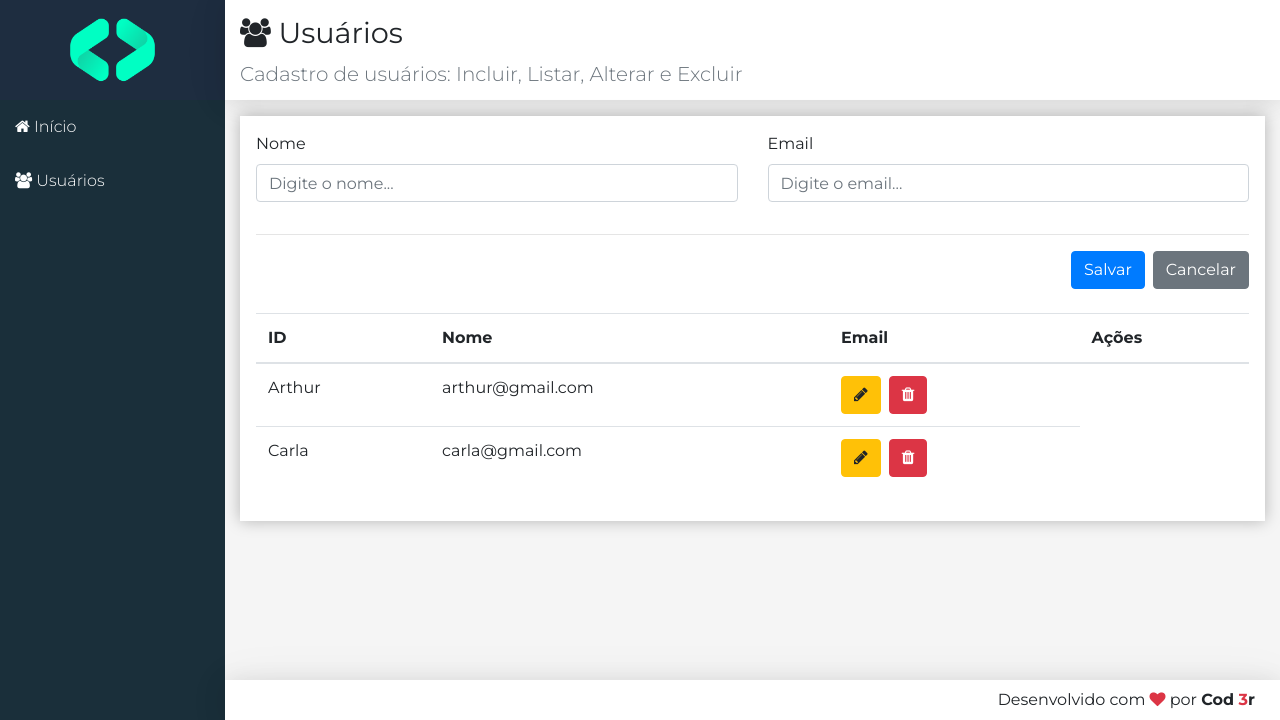
Repository: eversonps/projeto-cadastro-usuarios-firebase
Page: /users (app in frontend/)
These files come from the project's save history. The page is drawn as it stood at one moment and after the next save; the edit follows.
The browser window is 1280 px wide. The pictures show the whole page.
The project was rebuilt for these pictures with package versions that can differ from the ones it lists, and the page was loaded fresh each time. Requests to the local data server were answered from the project's data file. Also part of the build but not shown: frontend/src/components/home/home.jsx.

Above is the page before, as saved 2022-03-22 15:16:21.

### frontend/public/index.html
<!DOCTYPE html>
<html lang="en">
  <head>
    <meta charset="utf-8" />
    <link rel="icon" href="%PUBLIC_URL%/favicon.ico" />
    <link rel="preconnect" href="https://fonts.googleapis.com">
    <link rel="preconnect" href="https://fonts.gstatic.com" crossorigin>
    <link href="https://fonts.googleapis.com/css2?family=Montserrat:wght@300;400;700&display=swap" rel="stylesheet">
    <meta name="viewport" content="width=device-width, initial-scale=1" />
    <meta name="theme-color" content="#000000" />
    <meta
      name="description"
      content="Web site created using create-react-app"
    />
    <link rel="apple-touch-icon" href="%PUBLIC_URL%/logo192.png" />
    <!--
      manifest.json provides metadata used when your web app is installed on a
      user's mobile device or desktop. See https://developers.google.com/web/fundamentals/web-app-manifest/
    -->
    <link rel="manifest" href="%PUBLIC_URL%/manifest.json" />
    <!--
      Notice the use of %PUBLIC_URL% in the tags above.
      It will be replaced with the URL of the `public` folder during the build.
      Only files inside the `public` folder can be referenced from the HTML.

      Unlike "/favicon.ico" or "favicon.ico", "%PUBLIC_URL%/favicon.ico" will
      work correctly both with client-side routing and a non-root public URL.
      Learn how to configure a non-root public URL by running `npm run build`.
    -->
    <title>React App</title>
  </head>
  <body>
    <noscript>You need to enable JavaScript to run this app.</noscript>
    <div id="root"></div>
    <!--
      This HTML file is a template.
      If you open it directly in the browser, you will see an empty page.

      You can add webfonts, meta tags, or analytics to this file.
      The build step will place the bundled scripts into the <body> tag.

      To begin the development, run `npm start` or `yarn start`.
      To create a production bundle, use `npm run build` or `yarn build`.
    -->
  </body>
</html>

### frontend/src/index.js
import React from 'react';
import ReactDOM from 'react-dom';
import './index.css';
import App from './main/app';
import reportWebVitals from './reportWebVitals';

ReactDOM.render(
  <React.StrictMode>
    <App />
  </React.StrictMode>,
  document.getElementById('root')
);

// If you want to start measuring performance in your app, pass a function
// to log results (for example: reportWebVitals(console.log))
// or send to an analytics endpoint. Learn more: https://bit.ly/CRA-vitals
reportWebVitals();

### frontend/src/main/app.jsx
import "./app.css"
import "bootstrap/dist/css/bootstrap.min.css"
import "font-awesome/css/font-awesome.min.css"

import React from "react"

import Logo from "../components/template/logo"
import Nav from "../components/template/nav"
import Footer from "../components/template/footer"
import Routes from "./routes"

import {BrowserRouter as Router} from "react-router-dom"

export default props => {
    return (
        <div className="app">
            <Router>
                <Logo></Logo>
                <Nav></Nav>
                <Routes></Routes>
                <Footer></Footer>
            </Router>
        </div>
    )
}

### frontend/src/main/app.css
:root{
    --bg-dark: #1A2F3A;
    --logo-height: 100px;
    --header-height: 100px;
    --aside-width: 225px;
    --footer-height: 40px;

    --shadow: 0 2px 23px 0 rgba(0, 0, 0, 0.1), 0 2px 49px 0 rgba(0, 0, 0, 0.06);
}

* {
    box-sizing: border-box;
    font-family: 'Montserrat', sans-serif;
}

.app{
    margin: 0px;
    display: grid;
    grid-template-columns: var(--aside-width) 1fr;
    grid-template-rows: var(--header-height) 1fr var(--footer-height);
    grid-template-areas:
        "logo header"
        "menu content"
        "menu footer";
    height: 100vh;
    background-color: #F5F5F5;
}

aside.logo{
    grid-area: logo;
}

header.header{
    grid-area: header;
}

aside.menu-area{
    grid-area: menu;
}

main.content{
    grid-area: content;
}

footer.footer{
    grid-area: footer;
}

### frontend/src/components/template/logo.jsx
import React from "react"
import "./logo.css"
import logo from "../../assets/images/logo.png"

import { Link } from "react-router-dom"
export default props => (
    <aside className="logo">
        <Link to="/" className="logo">
            <img src={logo} alt="logo" />
        </Link>
    </aside>
)

### frontend/src/components/template/nav.jsx
import React from "react"
import "./nav.css"

import {Link} from "react-router-dom"

export default props => {
    return (
        <aside className="menu-area">
            <nav className="menu">
                <Link to="/">
                    <i className="fa fa-home"></i> Início
                </Link>
                <Link to="/users">
                    <i className="fa fa-users"></i> Usuários
                </Link>
            </nav>
        </aside>
    )
}

### frontend/src/components/template/footer.jsx
import React from "react";
import "./footer.css"

export default props => (
    <footer className="footer">
        <span>
            Desenvolvido com <i className="fa fa-heart text-danger"></i> por <strong>Cod <span className="text-danger">3</span>r</strong>
        </span>
    </footer>
)

### frontend/src/main/routes.jsx
import React from "react";
import {Routes, Route} from "react-router-dom"

import Home from "../components/home/home"
import UserCrud from "../components/user/userCrud"

export default props => (
    <Routes>
        <Route path="/" element={<Home />}/>
        <Route path="/users" element={<UserCrud />}/>
        <Route path="*" element={<Home />}/>
    </Routes>
)

### frontend/src/components/template/logo.css
aside.logo{
    background-color: var(--bg-dark);
    display: flex;
    justify-content: center;
    align-items: center;
}

aside.logo img {
    width: 100%;
}

### frontend/src/components/template/nav.css
aside.menu-area{
    background-color: var(--bg-dark);
    box-shadow: 2px 0 10px 0 rgba(0,0,0,0.12), rgba(0,0,0,0.09);
}

.menu a{
    display: block;
    text-decoration: none;
    color: #FFF;
    font-weight: 300;
    padding: 15px;
}

.menu a:hover {
    background: linear-gradient(135deg, #07A7E3 0%, #32DAC3 100%);
}

### frontend/src/components/template/footer.css
footer.footer{
    display: flex;
    align-items: center;
    justify-content: flex-end;
    padding: 0 25px;
    background-color: #FFF;
    box-shadow: var(--shadow);
}

### frontend/src/components/user/userCrud.jsx
import React, {Component, useReducer} from "react"
import Main from "../template/main"
import axios from "axios"

const headerProps = {
    icon: "users",
    title: "Usuários",
    subtitle: "Cadastro de usuários: Incluir, Listar, Alterar e Excluir"
}

const baseUrl = "http://localhost:3001/users"
const initialState = {
    user: {name: "", email: ""},
    list: []
}

export default class UserCrud extends Component{
    state = { ...initialState }

    componentWillMount(){
        axios(baseUrl).then(resp => {
            this.setState({list: resp.data})
        })
    }

    clear(){
        this.setState({user: initialState.user})
    }

    save(){
        const user = this.state.user
        const method = user.id ? "put" : "post"
        const url = user.id ? `${baseUrl}/${user.id}` : baseUrl
        axios[method](url, user).then(resp => {
            const list = this.getUpdatedList(resp.data)
            this.setState({user: initialState.user, list})
        })
    }

    getUpdatedList(user){
        const list = this.state.list.filter(u => u.id !== user.id)
        if(user) list.unshift(user)
        return list
    }

    updateField(event){
        const user = {...this.state.user}
        user[event.target.name] = event.target.value
        this.setState({ user })
    }

    renderForm(){
        return (
            <div className="form">
                <div className="row">
                    <div className="col-12 col-md-6">
                        <div className="form-group">
                            <label>Nome</label>
                            <input type="text" className="form-control" name="name" value={this.state.user.name} onChange={e => this.updateField(e)} placeholder="Digite o nome..."/>
                        </div>
                    </div>

                    <div className="col-12 col-md-6">
                        <div className="form-group">
                            <label>Email</label>
                            <input type="text" className="form-control" name="email" value={this.state.user.email} onChange={e => this.updateField(e)} placeholder="Digite o email..."/>
                        </div>
                    </div>
                </div>

                <hr />

                <div className="row">
                    <div className="col-12 d-flex justify-content-end">
                        <button className="btn btn-primary" onClick={e => this.save(e)}>Salvar</button>
                        <button className="btn btn-secondary ml-2" onClick={e => this.clear(e)}>Cancelar</button>
                    </div>
                </div>
            </div>
        )
    }

    load(user){
        this.setState({ user })
    }

    remove(user){
        axios.delete(`${baseUrl}/${user.id}`).then(resp => {
            const list = this.getUpdatedList(null)
            this.setState({ list })
        })
    }

    renderTable(){
        return (
            <table className="table mt-4">
                <thead>
                    <tr>
                        <th>ID</th>
                        <th>Nome</th>
                        <th>Email</th>
                        <th>Ações</th>
                    </tr>
                </thead>
                <tbody>
                    {this.renderRows()}
                </tbody>
            </table>
        )
    }

    renderRows(){
        const trs = this.state.list.map(u => {
            return(
                <tr key={u.id}>
                    <td>{u.name}</td>
                    <td>{u.email}</td>
                    <td>
                        <button className="btn btn-warning" onClick={() => this.load(u)}>
                            <i className="fa fa-pencil"></i>
                        </button>
                        <button className="btn btn-danger ml-2"  onClick={() => this.remove(u)}>
                            <i className="fa fa-trash"></i>
                        </button>
                    </td>
                </tr>
            )
        })

        return trs
    }

    render(){
        return (
            <Main {...headerProps}>
                {this.renderForm()}
                {this.renderTable()}
            </Main>
        )
    }
}

### frontend/src/components/template/main.jsx
import React from "react"
import Header from "./header"
import "./main.css"

export default props => (
    <>
        <Header {...props}></Header>
        <main className="content container-fluid">
            <div className="p-3 mt-3">
                {props.children}
            </div>
        </main>
    </>
)

### frontend/src/components/template/header.jsx
import React from "react";
import "./header.css"

export default props => (
    <header className="header d-none d-sm-flex flex-column">
        <h1 className="mt-3">
            <i className={`fa fa-${props.icon}`}></i> {props.title}
        </h1>
        <p className="lead text-muted">{props.subtitle}</p>
    </header>
)

### frontend/src/components/template/header.css
header.header{
    background-color: #FFF;
    padding: 0px 15px;
    overflow: hidden;
    white-space: nowrap;
    box-shadow: var(--shadow);
}

header.header h1{
    font-size: 1.8em;
}

### backend/db.json
{
    "users": [{
        "id": 1,
        "name": "Arthur",
        "email": "arthur@gmail.com"
    }, {
        "id": 2,
        "name": "Carla",
        "email": "carla@gmail.com"
    }]
}

Loaded but not shown: frontend/src/index.css (common file); frontend/src/reportWebVitals.js (common file); frontend/src/components/template/main.css (common file)

After the next save:
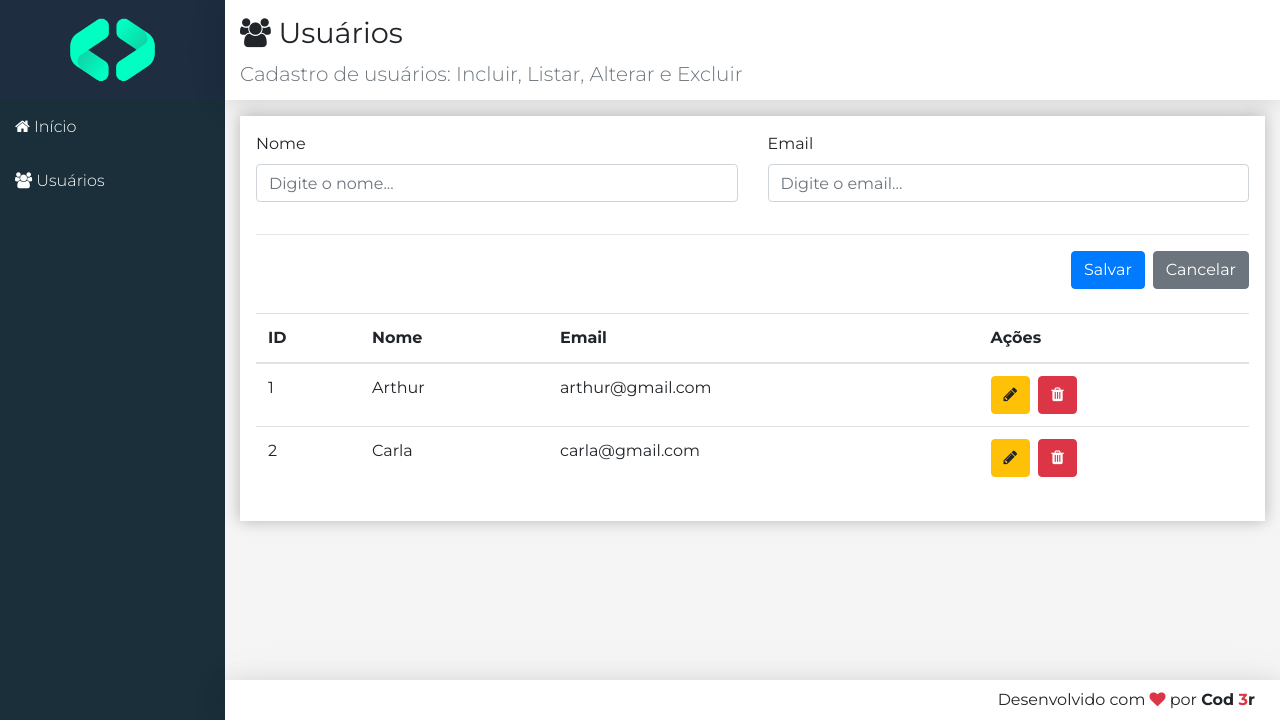
Saved 24 s later.
--- a/frontend/src/components/user/userCrud.jsx
+++ b/frontend/src/components/user/userCrud.jsx
@@ -113,6 +113,7 @@ export default class UserCrud extends Component{
         const trs = this.state.list.map(u => {
             return(
                 <tr key={u.id}>
+                    <td>{u.id}</td>
                     <td>{u.name}</td>
                     <td>{u.email}</td>
                     <td>
